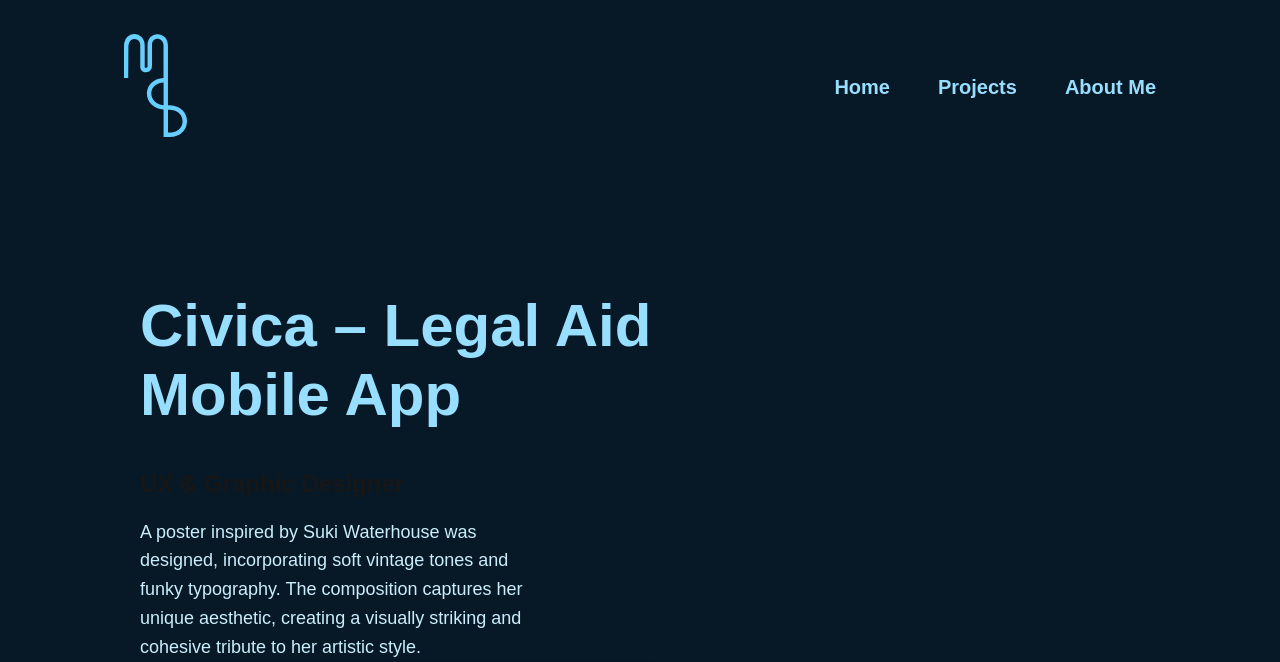
Repository: madelinestruthers/madeline-portfolio-site
Page: /Projects/civica
An editor plug-in stored every save of this project. The page is shown before and after the next save, followed by the edit.
The browser window is 1280 px wide. The pictures show the part of the page from y = 0 to 662 px (the page is 2544 px tall before and 2716 px after).
Pictures or frames that could not be fetched are drawn as grey boxes. The project was rebuilt for these pictures with package versions that can differ from the ones it lists, and the page was loaded fresh each time. The framework's server and built-in components were replaced by stand-ins that run in the browser. Also part of the build but not shown: next.config.mjs.

Above is the page before, as saved 2025-02-10 00:34:31.

After the next save:
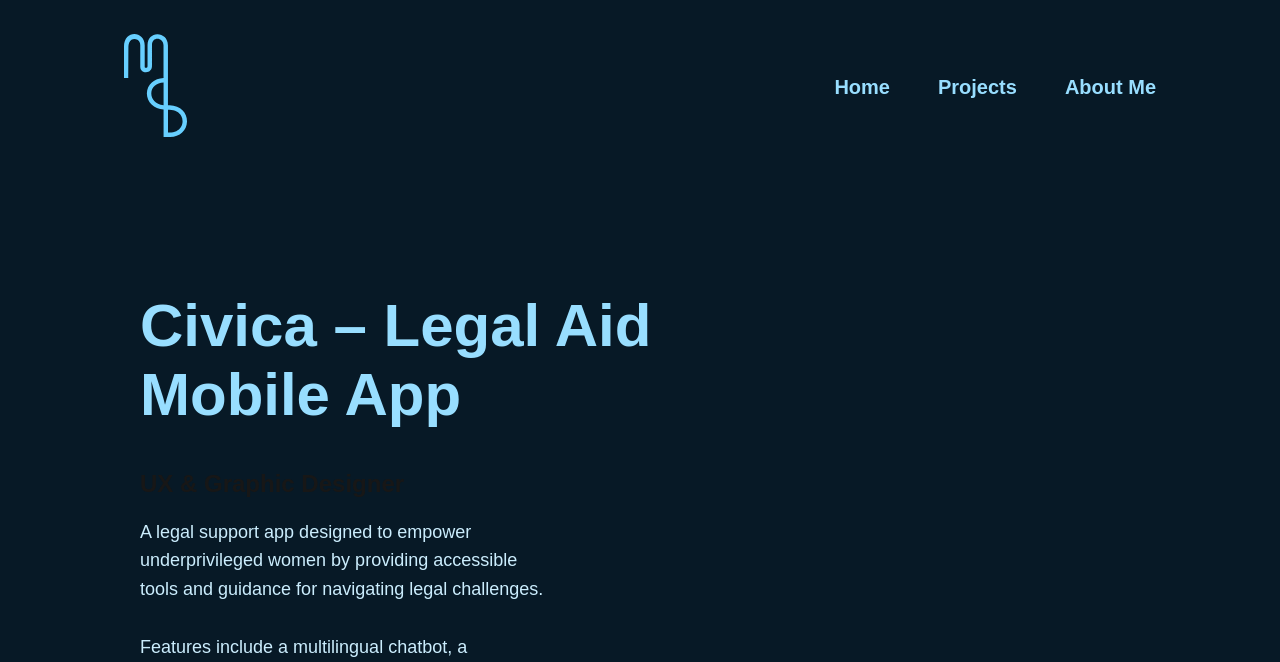
Saved 31 s later.
--- a/src/pages/Projects/civica.js
+++ b/src/pages/Projects/civica.js
@@ -14,7 +14,9 @@
          <h1 className={styles.h1Style}>Civica – Legal Aid <br/>Mobile App</h1>
          <h2>UX & Graphic Designer</h2>
             <p className={styles.bio}>
-            A poster inspired by Suki Waterhouse was designed, incorporating soft vintage tones and funky typography. The composition captures her unique aesthetic, creating a visually striking and cohesive tribute to her artistic style.            </p>
+            A legal support app designed to empower underprivileged women by providing accessible tools and guidance for navigating legal challenges.
+<br/><br/>
+Features include a multilingual chatbot, a document scanner that simplifies legal language, step by step legal process guides, and directories for legal, counseling, and mental health resources. Civica prioritizes clarity, trust, and comprehensive assistance, ensuring users feel supported at every stage of their legal journey.             </p>
 
              <div className={styles.portrait}>
             <Image
